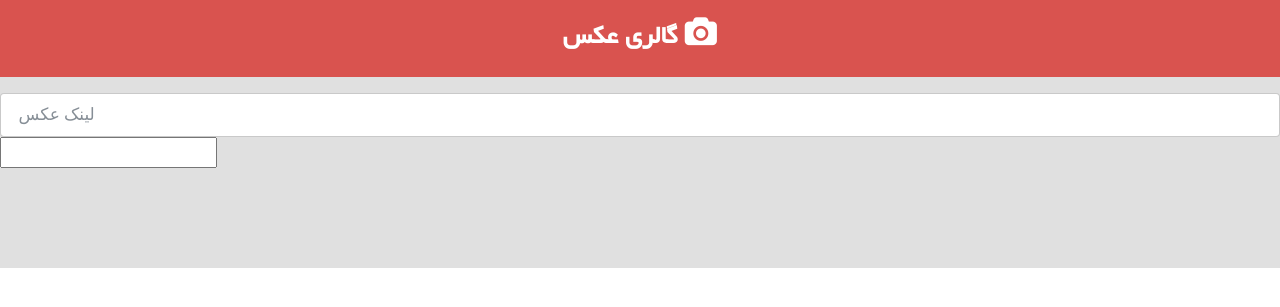
Repository: sadegh1379/PhotoWall-app
Page: /addphoto
The author's editor kept a copy of each file at every save. The page is drawn from the files as they stood at one save, then again after a run of saves.
The browser window is 1280 px wide. The pictures show the whole page.
The project was rebuilt for these pictures with package versions that can differ from the ones it lists, and the page was loaded fresh each time. Also part of the build but not shown: src/Component/Photo.js, src/Component/PhotoWall.js.

Above is the page before, as saved 2020-02-22 13:16:49.

### public/index.html
<!DOCTYPE html>
<html lang="en">
  <head>
    <meta charset="utf-8" />
    <link rel="icon" href="%PUBLIC_URL%/favicon.ico" />
    <meta name="viewport" content="width=device-width, initial-scale=1" />
    <meta name="theme-color" content="#000000" />
    <link rel="stylesheet" href="https://stackpath.bootstrapcdn.com/font-awesome/4.7.0/css/font-awesome.min.css">
    <meta
      name="description"
      content="Web site created using create-react-app"
    />
    <link rel="apple-touch-icon" href="%PUBLIC_URL%/logo192.png" />
    <!--
      manifest.json provides metadata used when your web app is installed on a
      user's mobile device or desktop. See https://developers.google.com/web/fundamentals/web-app-manifest/
    -->
    <link rel="manifest" href="%PUBLIC_URL%/manifest.json" />
    <!--
      Notice the use of %PUBLIC_URL% in the tags above.
      It will be replaced with the URL of the `public` folder during the build.
      Only files inside the `public` folder can be referenced from the HTML.

      Unlike "/favicon.ico" or "favicon.ico", "%PUBLIC_URL%/favicon.ico" will
      work correctly both with client-side routing and a non-root public URL.
      Learn how to configure a non-root public URL by running `npm run build`.
    -->
    <title>React App</title>
  </head>
  <body>
    <noscript>You need to enable JavaScript to run this app.</noscript>
    <div id="root"></div>
    <!--
      This HTML file is a template.
      If you open it directly in the browser, you will see an empty page.

      You can add webfonts, meta tags, or analytics to this file.
      The build step will place the bundled scripts into the <body> tag.

      To begin the development, run `npm start` or `yarn start`.
      To create a production bundle, use `npm run build` or `yarn build`.
    -->
  </body>
</html>

### src/App.js
import React , { Component } from 'react';
import { BrowserRouter as Router , Route, Switch } from 'react-router-dom';
import Title from './Component/Title';
import PhotoWall from './Component/PhotoWall';
import './bootswatch.css';
import AddPhoto from './Component/AddPhoto';
import './App.css';

class App extends Component {

  constructor(){

      super()

      this.state = {
        posts : [
          {
            id : "0" ,
            description : "صادق اکبری" ,
            imageLink : "https://dkt6rvnu67rqj.cloudfront.net/cdn/ff/tpWy09V5tfN_Il2UBj8nPU4FZvPDpNBQSecbyXiqbuM/1574345660/public/styles/322x405/public/media/int_files/1008357.jpg?itok=c5qoLzeh"
          },
          {
           id : "1" ,
           description : "علی میرزایی" ,
           imageLink : "https://dkt6rvnu67rqj.cloudfront.net/cdn/ff/tpWy09V5tfN_Il2UBj8nPU4FZvPDpNBQSecbyXiqbuM/1574345660/public/styles/322x405/public/media/int_files/1008357.jpg?itok=c5qoLzeh"
         }
         ,{
           id : "5" ,
           description :" سارا ممبینی" ,
           imageLink :"https://thetyee.ca/Culture/2017/10/31/FawnLawn.jpg"

         },
         {
          id : "6" ,
          description : "صادق اکبری" ,
          imageLink : "https://dkt6rvnu67rqj.cloudfront.net/cdn/ff/tpWy09V5tfN_Il2UBj8nPU4FZvPDpNBQSecbyXiqbuM/1574345660/public/styles/322x405/public/media/int_files/1008357.jpg?itok=c5qoLzeh"
        },
        {
         id : "7" ,
         description : "علی میرزایی" ,
         imageLink : "https://www.iata.org/contentassets/d7c512eb9a704ba2a8056e3186a31921/cargo_live_animals_parrot.jpg?w=330&h=200&mode=crop&scale=both&v=20191213012337"
       }
       ,{
         id : "8" ,
         description :" سارا ممبینی" ,
         imageLink :"https://images.unsplash.com/photo-1497752531616-c3afd9760a11?ixlib=rb-1.2.1&w=1000&q=80"

       }
        ]

    }
  }

// Remove post
 onRemovePost = (removedPost) =>{

      this.setState((state)=>({
          posts : state.posts.filter(post => post !== removedPost)
      }))

  }

  render(){
      return (
        <div className="body">
              <Router>
                  <Title title="گالری عکس"/>
                  <Switch>

                      <Route exact path="/" render={()=>(
                              <div>
                                  <PhotoWall onRemovePost={this.onRemovePost} posts={this.state.posts}/>
                              </div>
                      )}/>

                        <Route exact path="/addphoto" component={AddPhoto}/>
                </Switch>
            </Router>
        </div>
      );
}
}

export default App;

### src/Component/Title.js
import React from 'react';
import PropTypes from 'prop-types';


function Title(props) {
    return (
            <p className=" bg-danger text-white py-3 p-title text-center">{props.title} <span className="fa fa-camera"></span></p>
    )
}

Title.propTypes = {
    title : PropTypes.string.isRequired
}

export default Title;

### src/Component/AddPhoto.js
import React, { Component } from 'react'

export class AddPhoto extends Component {
    render() {
        return (
            <div>
                <form>
                    <input type="text" placeholder="لینک عکس" className="form-control"/>
                    <input type="text" placeholder=""/>
                </form>
            </div>
        )
    }
}

export default AddPhoto;

### src/App.css
.p-title{
    font-size: 30px;
    color:white ;
    font-weight: bolder;
    font-family: 'Byekan';
}

.body{
    font-family: 'Brekan';
    background-color: #E0E0E0;
    padding-bottom: 100px;
}

 .photo-grid{
    /* max-width: 1000px; */
    margin: 0 auto;
    display: flex;
    flex-wrap: wrap;
    justify-content: center;
}

@font-face{
    font-family: 'Byekan';
    src:url('./Component/fonst/Yekan.ttf');
}

.photo-card{
  margin: 10px 10px;
  box-shadow: 5px 5px 5px 5px #888888;
}

.add-icon{
    text-align: center;
    margin: 20px auto;
    color:white  !important;
    background-color: rgb(62, 112, 75);
    padding: 20px;
    border-radius: 70px;


}

Loaded but not shown: src/index.js (common file); src/index.css (common file); src/bootswatch.css (library)

After the next 2 saves:
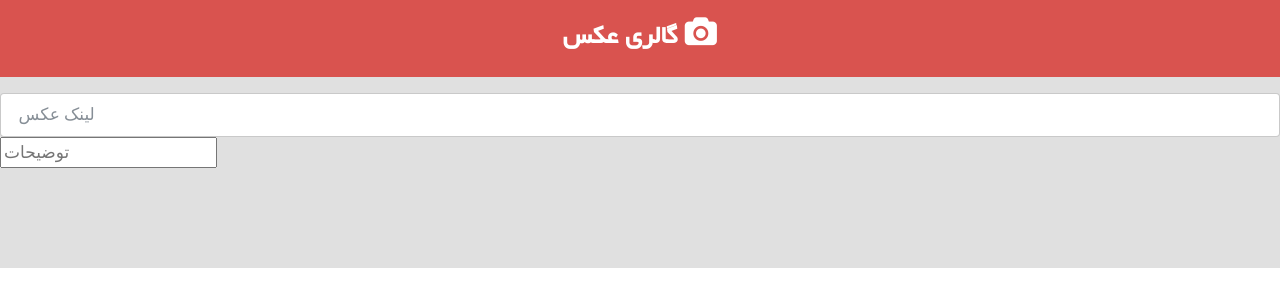
The 2 saves are shown as one change because they came seconds apart.
The last was saved 9 s later.
--- a/src/Component/AddPhoto.js
+++ b/src/Component/AddPhoto.js
@@ -6,7 +6,7 @@ export class AddPhoto extends Component {
             <div>
                 <form>
                     <input type="text" placeholder="لینک عکس" className="form-control"/>
-                    <input type="text" placeholder=""/>
+                    <input type="text" placeholder="توضیحات" />
                 </form>
             </div>
         )
